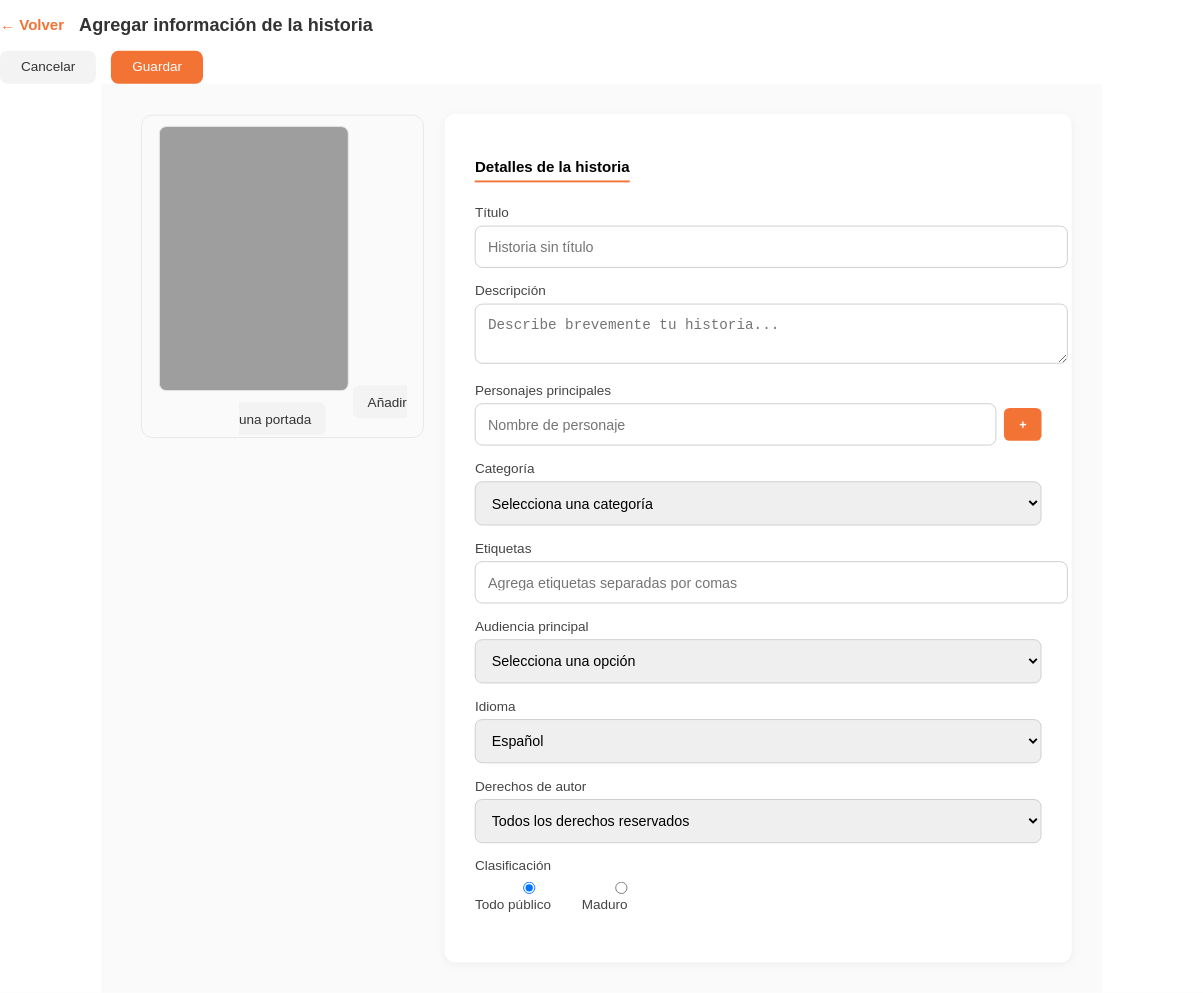
Repository: Mellowdarkl/willpig_studio
Page: .env/html_backup/indexNtfic.html
An editor plug-in stored every save of this project. The page is shown before and after the next save, followed by the edit.
The browser window is 1280 px wide. The pictures show the whole page, at 94% of full size.
Pictures or frames that could not be fetched are drawn as grey boxes.

Above is the page before, as saved 2025-11-11 11:28:01.

After the next save:
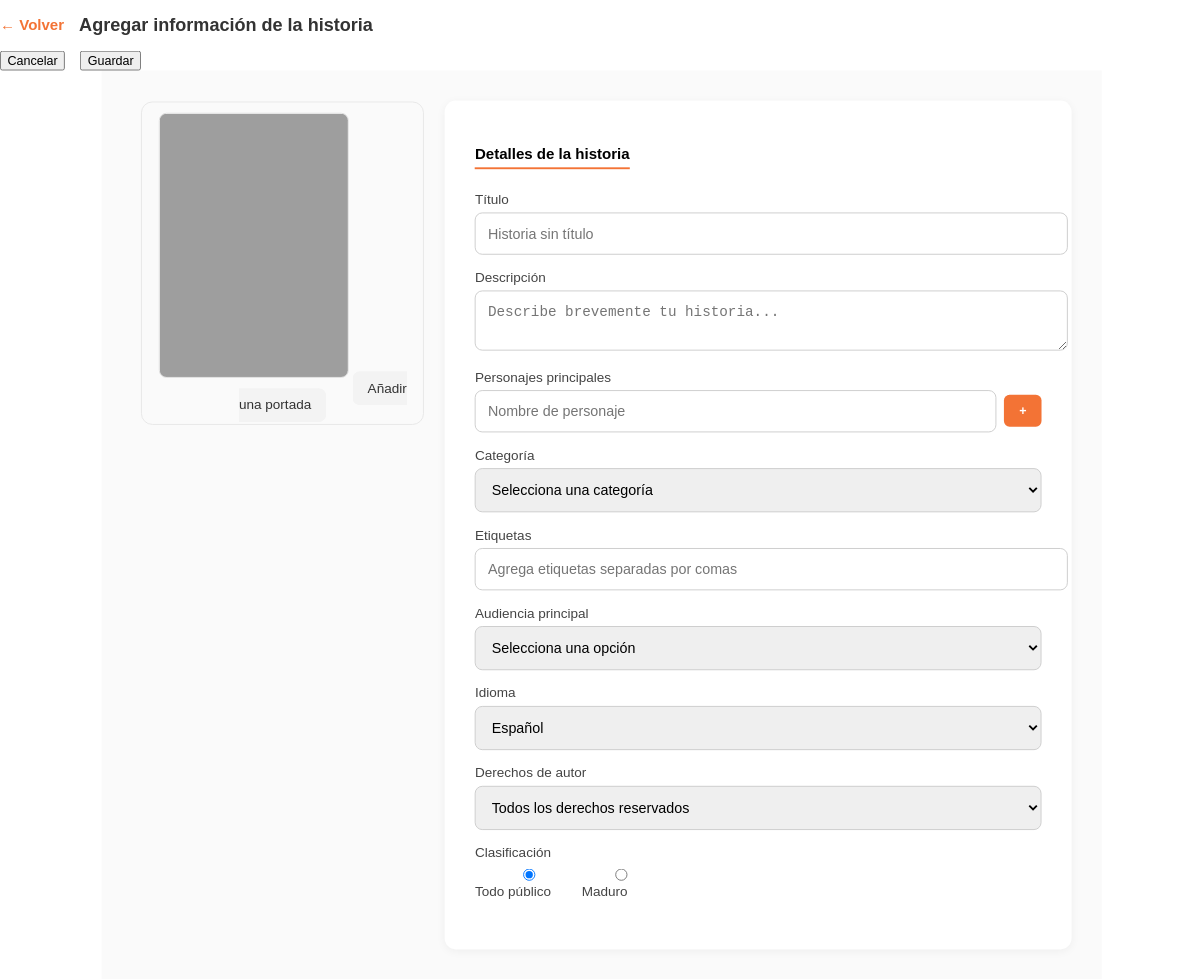
Saved 1 s later.
--- a/.env/html_backup/indexNtfic.html
+++ b/.env/html_backup/indexNtfic.html
@@ -16,8 +16,8 @@
     </div>
 
     <div class="header-actions">
-      <button class="btn-cancel">Cancelar</button>
-      <button class="btn-save">Guardar</button>
+      <button class="btn-canceler">Cancelar</button>
+      <button class="btn-savever">Guardar</button>
     </div>
   </header>
 
